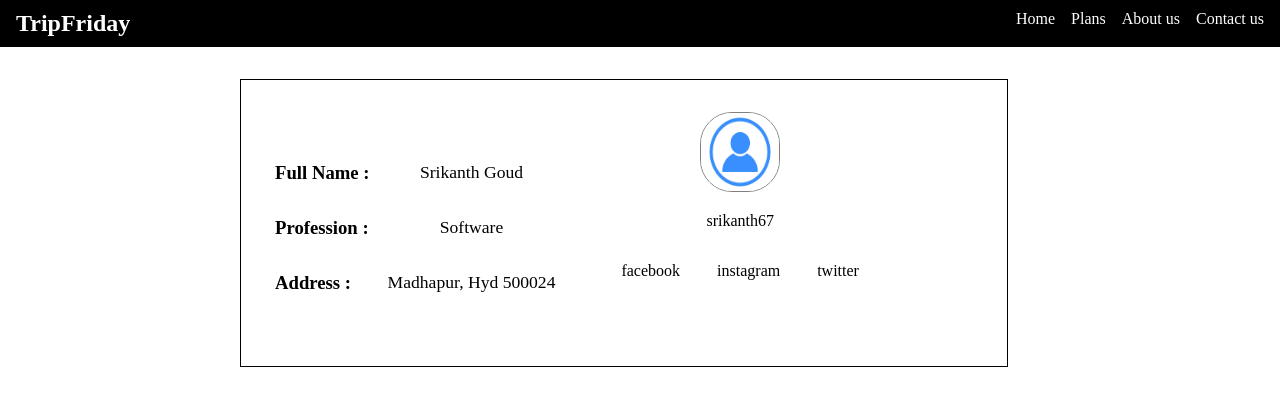
Repository: suraj-yadav7/userprofile
Page: /userdetails
These files come from the project's save history. The page is drawn as it stood at one moment and after the next save; the edit follows.
The browser window is 1280 px wide. The pictures show the whole page.
The project was rebuilt for these pictures with package versions that can differ from the ones it lists, and the page was loaded fresh each time. Also part of the build but not shown: src/components/UserProfile.jsx.

Above is the page before, as saved 2023-05-04 14:43:30.

After the next save:
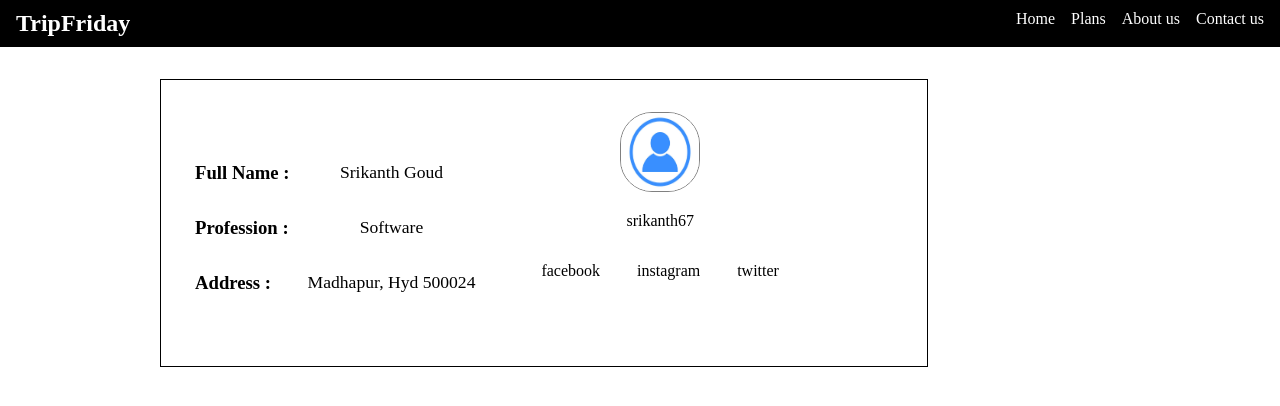
Saved 4 s later.
--- a/src/assests/userDetails.scss
+++ b/src/assests/userDetails.scss
@@ -7,7 +7,7 @@
     width: 60vw;
     height: 40vh;
     padding: 2rem;
-    margin: 2rem 15rem;
+    margin: 2rem 10rem;
     >.sub1{
         padding: 2rem 0;
         p{
